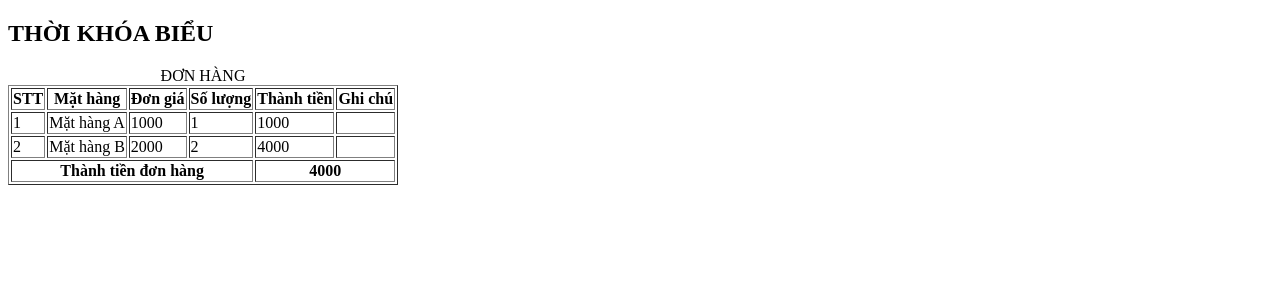
Repository: Lehuyhuynh/BT1-HTML
Page: index.html
An editor plug-in stored every save of this project. The page is shown before and after a run of saves, followed by the edit.
The browser window is 1280 px wide. The pictures show the whole page.

Above is the page before, as saved 2023-08-06 21:23:27.

### index.html
<!DOCTYPE html>
<html lang="en">
<head>
  <meta charset="UTF-8">
  <meta name="viewport" content="width=device-width, initial-scale=1.0">
  <title>THỜI KHÓA BIỂU</title>
</head>
<body>

  <div>
    <h2> THỜI KHÓA BIỂU</h2>


  </div>

  <div>
    <!-- <table border="1">
      <thead>

        <tr>
          <th colspan="3"></th>
          <th>Thứ 3</th>
          <th>Thứ 5</th>
          <th>Thứ 7</th>
        </tr>

        <tr>
          <th>Tuần</th>
          <th>Ngày bắt đầu</th>
          <th>Ngày kết thúc</th>
          <th colspan="3">Môn học</th>
        </tr>

      </thead>

      <tr>
        <td>01</td>
        <td>01/09/2009</td>
        <td>05/09/2009</td>
        <td>CF-T1,L1</td>
        <td>CF-T2,L2</td>
        <td>CF-T3,L3</td>
      </tr>

      <tr>
        <td>02</td>
        <td>08/09/2009</td>
        <td>12/09/2009</td>
        <td>CF-T4,L4</td>
        <td>CF-Writtten Test</td>
        <td>C-T1,L1</td>
      </tr>

      <tr>
        <td>03</td>
        <td></td>
        <td></td>
        <td></td>
        <td></td>
        <td></td>
      </tr>

    </table> -->

    <table border="1">
    <caption style="caption-side: top">ĐƠN HÀNG</caption>
    <thead>
        <tr>
            <th>STT</th>
            <th>Mặt hàng</th>
            <th>Đơn giá</th>
            <th>Số lượng</th>
            <th>Thành tiền</th>
            <th>Ghi chú</th>
        </tr>
    </thead>
    <tr>
        <td>1</td>
        <td>Mặt hàng A</td>
        <td>1000</td>
        <td>1</td>
        <td>1000</td>
        <td></td>
    </tr>
    <tr>
        <td>2</td>
        <td>Mặt hàng B</td>
        <td>2000</td>
        <td>2</td>
        <td>4000</td>
        <td></td>
    </tr>
    <tfoot>
        <tr>
            <th colspan="4">Thành tiền đơn hàng</th>
            <th colspan="2">4000</th>

        </tr>
    </tfoot>
</table>
  </div>

</body>
</html>

After the next 3 saves:
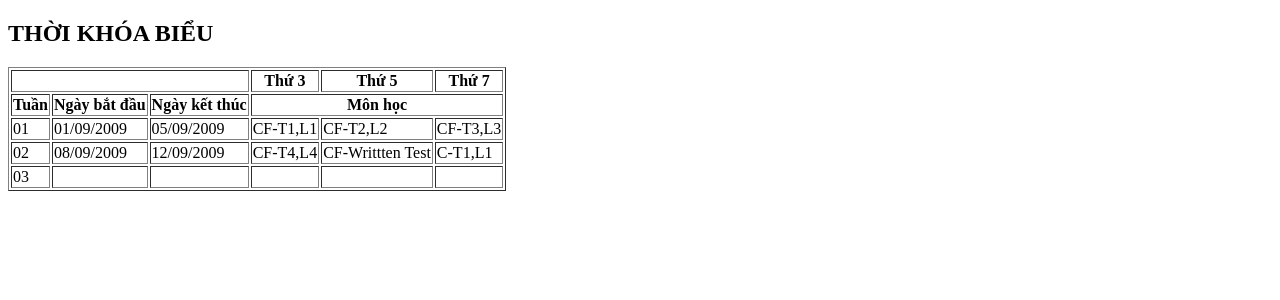
The 3 saves are shown as one change because they came seconds apart.
The last was saved 10 s later.
--- a/index.html
+++ b/index.html
@@ -14,7 +14,7 @@
   </div>
 
   <div>
-    <!-- <table border="1">
+    <table border="1">
       <thead>
 
         <tr>
@@ -60,44 +60,7 @@
         <td></td>
       </tr>
 
-    </table> -->
-
-    <table border="1">
-    <caption style="caption-side: top">ĐƠN HÀNG</caption>
-    <thead>
-        <tr>
-            <th>STT</th>
-            <th>Mặt hàng</th>
-            <th>Đơn giá</th>
-            <th>Số lượng</th>
-            <th>Thành tiền</th>
-            <th>Ghi chú</th>
-        </tr>
-    </thead>
-    <tr>
-        <td>1</td>
-        <td>Mặt hàng A</td>
-        <td>1000</td>
-        <td>1</td>
-        <td>1000</td>
-        <td></td>
-    </tr>
-    <tr>
-        <td>2</td>
-        <td>Mặt hàng B</td>
-        <td>2000</td>
-        <td>2</td>
-        <td>4000</td>
-        <td></td>
-    </tr>
-    <tfoot>
-        <tr>
-            <th colspan="4">Thành tiền đơn hàng</th>
-            <th colspan="2">4000</th>
-
-        </tr>
-    </tfoot>
-</table>
+    </table>
   </div>
 
 </body>
